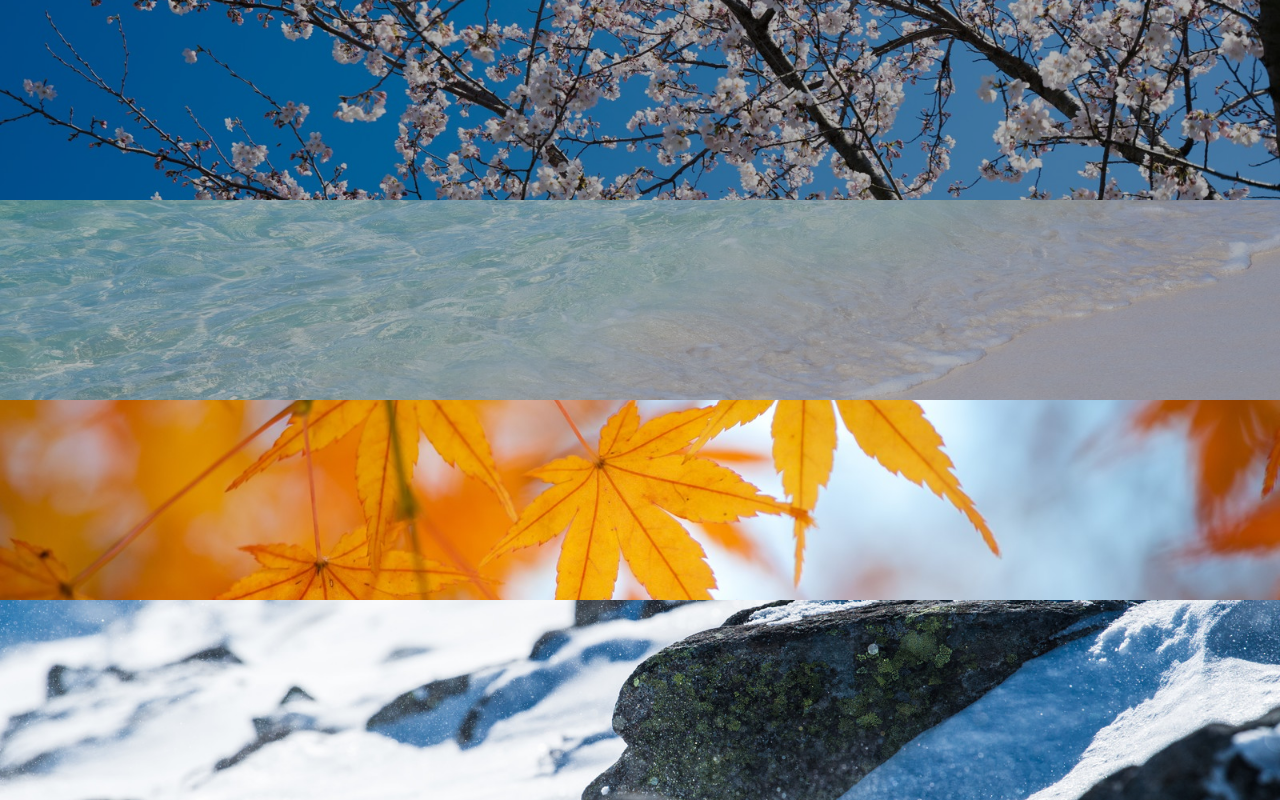
Repository: yukito7878/HTML-CSS-practice
Page: caravan/index6-practice.html
The author's editor kept a record of every edit. The page is drawn from the files as they stood at one moment, then again after the next edit.
The browser window is 1280 px wide. The pictures show the whole page.

Above is the page before.

After the next edit:
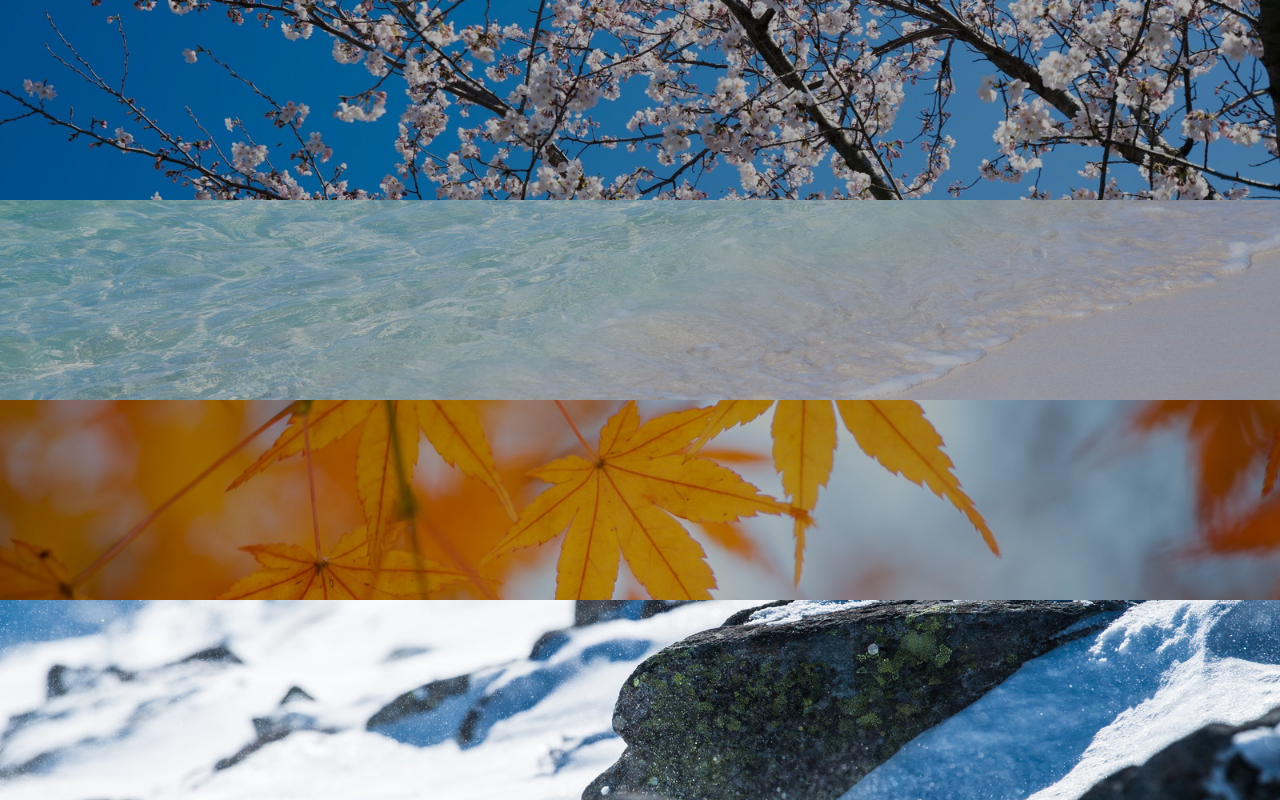
The edit:
--- a/caravan/index6-practice.html
+++ b/caravan/index6-practice.html
@@ -19,7 +19,11 @@
           <p></p>
         </div>
       </div>
-      <div class="img3"></div>
+      <div class="img3">
+        <div class="inside">
+          <p></p>
+        </div>
+      </div>
       <div class="img4"></div>
     </div>
 
